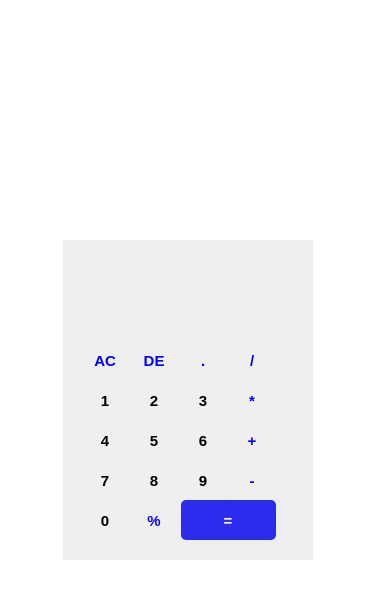
Repository: jerrys-arch/web-calculator
Page: index.html
An editor plug-in stored every save of this project. The page is shown before and after a run of saves, followed by the edit.
The browser window is 375 px wide. The pictures show the whole page.

Above is the page before, as saved 2024-11-30 15:35:30.

After the next 3 saves:
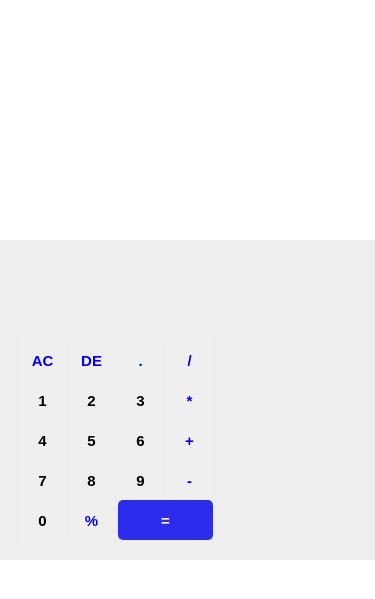
The 3 saves are shown as one change because they came seconds apart.
The last was saved 34 s later.
--- a/styles.css
+++ b/styles.css
@@ -48,6 +48,7 @@
 @media(max-width:480px){
 
     .calculator{
-        width
+        width:100%;
     }
+
 }
